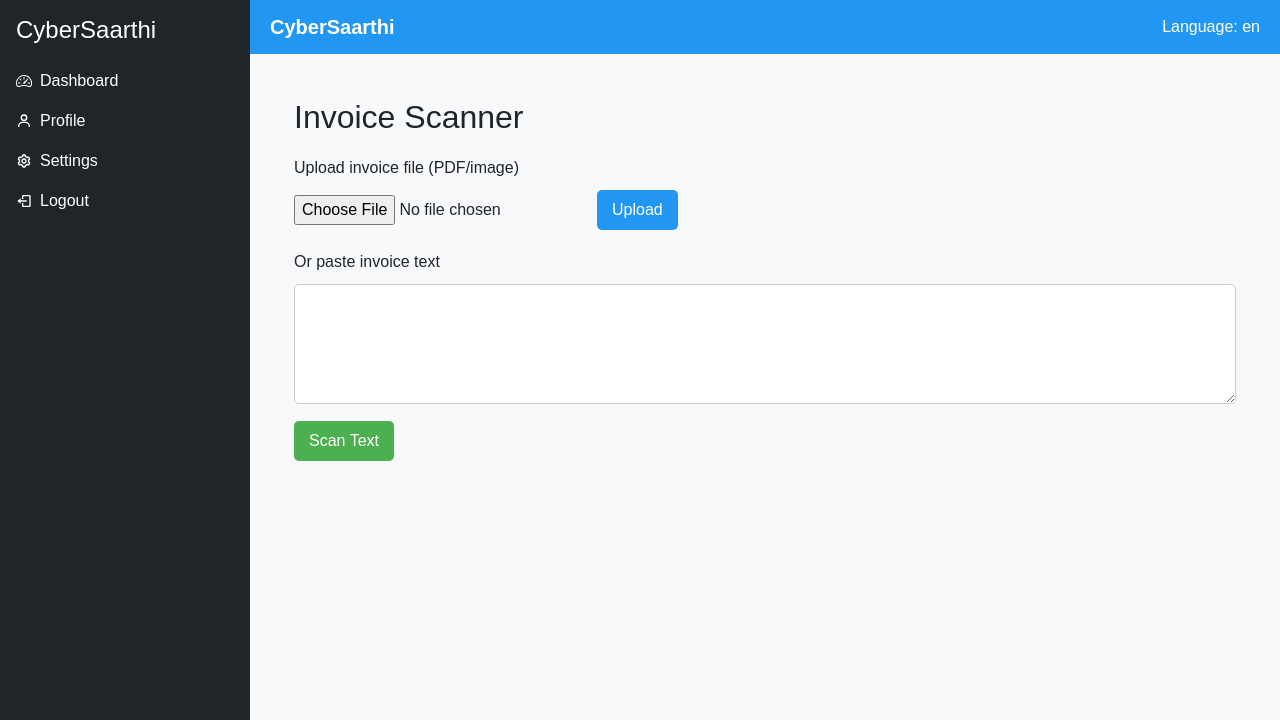
Repository: riyaaaa19/CyberSaarthi
Page: /invoice (app in frontend/)
These files come from the project's save history. The page is drawn as it stood at one moment and after the next save; the edit follows.
The browser window is 1280 px wide. The pictures show the whole page.
The project was rebuilt for these pictures with package versions that can differ from the ones it lists, and the page was loaded fresh each time. Also part of the build but not shown: frontend/vite.config.ts, frontend/src/pages/Dashboard.js, frontend/src/pages/Reports.js, frontend/src/pages/Settings.js, frontend/src/pages/Scanner.js.

Above is the page before, as saved 2025-08-20 23:34:07.

After the next save:
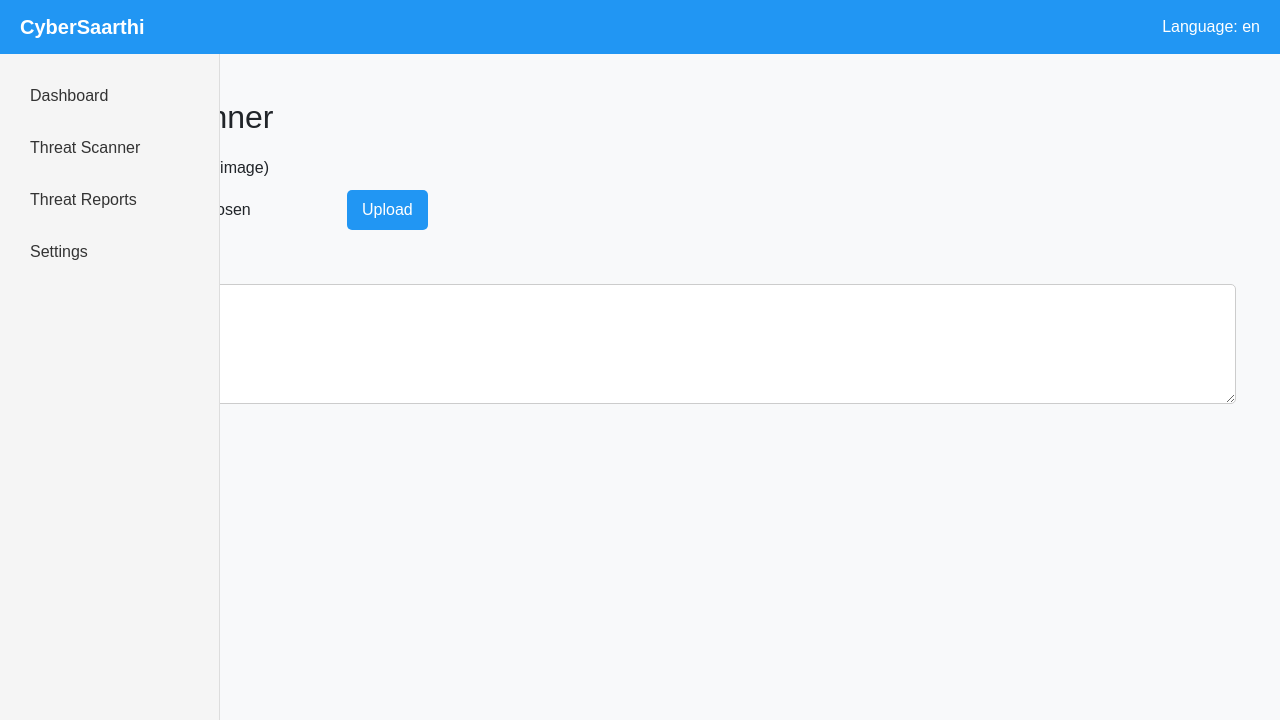
Saved 11 s later.
--- a/frontend/src/components/Sidebar.js
+++ b/frontend/src/components/Sidebar.js
@@ -1,60 +1,39 @@
 import React from "react";
-import { Link, useLocation } from "react-router-dom";
-
-// Import correct icons
-import { BsSpeedometer2 } from "react-icons/bs";   // Bootstrap speedometer
-import { BiUser, BiCog, BiLogOut } from "react-icons/bi"; // Boxicons
+import { t } from "../i18n";
 
 function Sidebar() {
-  const location = useLocation();
+  const sidebarStyle = {
+    width: "220px",
+    background: "#f5f5f5",
+    height: "100vh",
+    padding: "20px",
+    position: "fixed",
+    top: 0,
+    left: 0,
+    overflowY: "auto",
+    borderRight: "1px solid #ddd"
+  };
+
+  const linkStyle = {
+    display: "block",
+    padding: "10px",
+    marginBottom: "8px",
+    color: "#333",
+    textDecoration: "none",
+    borderRadius: "5px"
+  };
+
+  const linkHover = {
+    background: "#e0e0e0"
+  };
 
   return (
-    <div className="sidebar bg-dark text-white p-3 vh-100">
-      <h4 className="mb-4">CyberSaarthi</h4>
-      <ul className="list-unstyled">
-        <li className="mb-3">
-          <Link
-            to="/dashboard"
-            className={`text-white text-decoration-none d-flex align-items-center ${
-              location.pathname === "/dashboard" ? "fw-bold" : ""
-            }`}
-          >
-            <BsSpeedometer2 className="me-2" />
-            Dashboard
-          </Link>
-        </li>
-        <li className="mb-3">
-          <Link
-            to="/profile"
-            className={`text-white text-decoration-none d-flex align-items-center ${
-              location.pathname === "/profile" ? "fw-bold" : ""
-            }`}
-          >
-            <BiUser className="me-2" />
-            Profile
-          </Link>
-        </li>
-        <li className="mb-3">
-          <Link
-            to="/settings"
-            className={`text-white text-decoration-none d-flex align-items-center ${
-              location.pathname === "/settings" ? "fw-bold" : ""
-            }`}
-          >
-            <BiCog className="me-2" />
-            Settings
-          </Link>
-        </li>
-        <li>
-          <Link
-            to="/logout"
-            className="text-white text-decoration-none d-flex align-items-center"
-          >
-            <BiLogOut className="me-2" />
-            Logout
-          </Link>
-        </li>
-      </ul>
+    <div style={sidebarStyle}>
+      <h3 style={{ marginBottom: "20px" }}>Menu</h3>
+      <a href="/dashboard" style={linkStyle} onMouseOver={e => e.currentTarget.style.background = linkHover.background} onMouseOut={e => e.currentTarget.style.background = "transparent"}>{t("dashboard.title")}</a>
+      <a href="/scanner" style={linkStyle} onMouseOver={e => e.currentTarget.style.background = linkHover.background} onMouseOut={e => e.currentTarget.style.background = "transparent"}>{t("scanner.title")}</a>
+      <a href="/reports" style={linkStyle} onMouseOver={e => e.currentTarget.style.background = linkHover.background} onMouseOut={e => e.currentTarget.style.background = "transparent"}>{t("reports.title")}</a>
+      <a href="/settings" style={linkStyle} onMouseOver={e => e.currentTarget.style.background = linkHover.background} onMouseOut={e => e.currentTarget.style.background = "transparent"}>{t("settings.title")}</a>
     </div>
   );
 }
